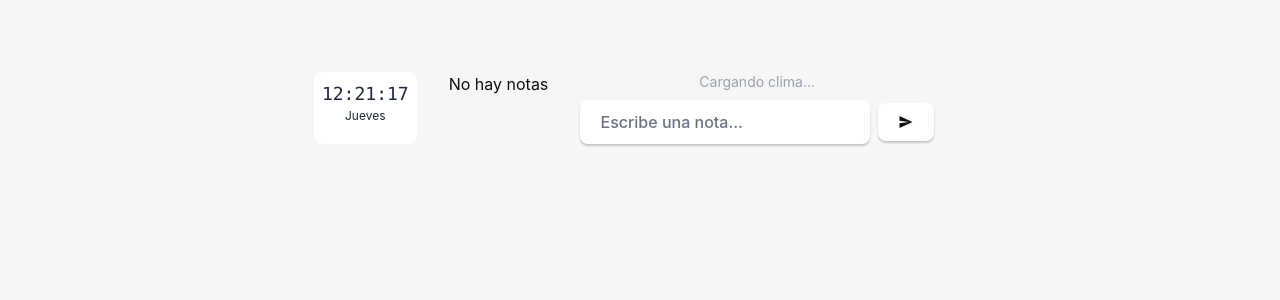
Repository: CodeByEvans/my-romantic-widget
Page: /
These files come from the project's save history. The page is drawn as it stood at one moment and after the next save; the edit follows.
The browser window is 1280 px wide. The pictures show the whole page.
The page's requests for data from a server got no answer. The project was rebuilt for these pictures with package versions that can differ from the ones it lists, and the page was loaded fresh each time. No one was signed in, and anything a server would have sent is missing. Also part of the build but not shown: vite.config.ts.

Above is the page before, as saved 2025-11-06 12:33:12.

After the next save:
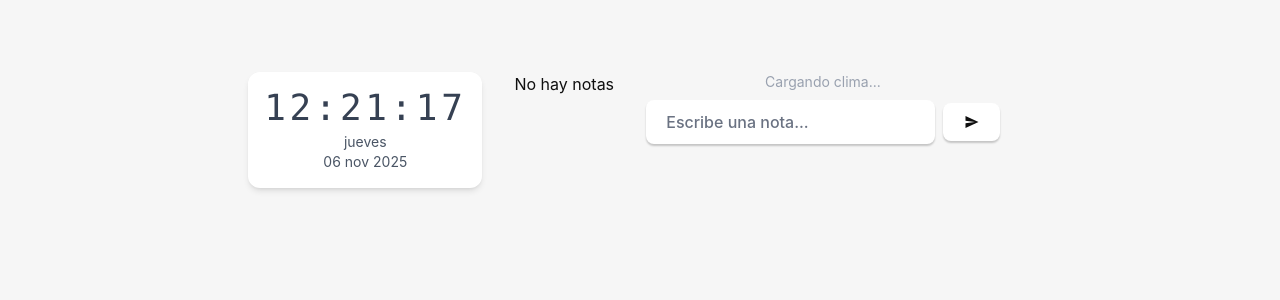
Saved 15 s later.
--- a/src/components/Clock.tsx
+++ b/src/components/Clock.tsx
@@ -23,11 +23,12 @@ export const Clock = () => {
   });
 
   return (
-    <div className="bg-white rounded-lg p-2 flex flex-col items-center text-gray-800">
-      <p className="text-lg font-mono">
+    <div className="bg-white backdrop-blur-md rounded-xl shadow-md p-4 flex flex-col items-center justify-center min-w-[140px]">
+      <p className="text-4xl font-mono tracking-widest text-gray-700">
         {hours}:{minutes}:{seconds}
       </p>
-      <p className="text-xs capitalize">{day}</p>
+      <p className="text-sm text-gray-600 mt-1">{day}</p>
+      <p className="text-sm text-gray-600">{date}</p>
     </div>
   );
 };
